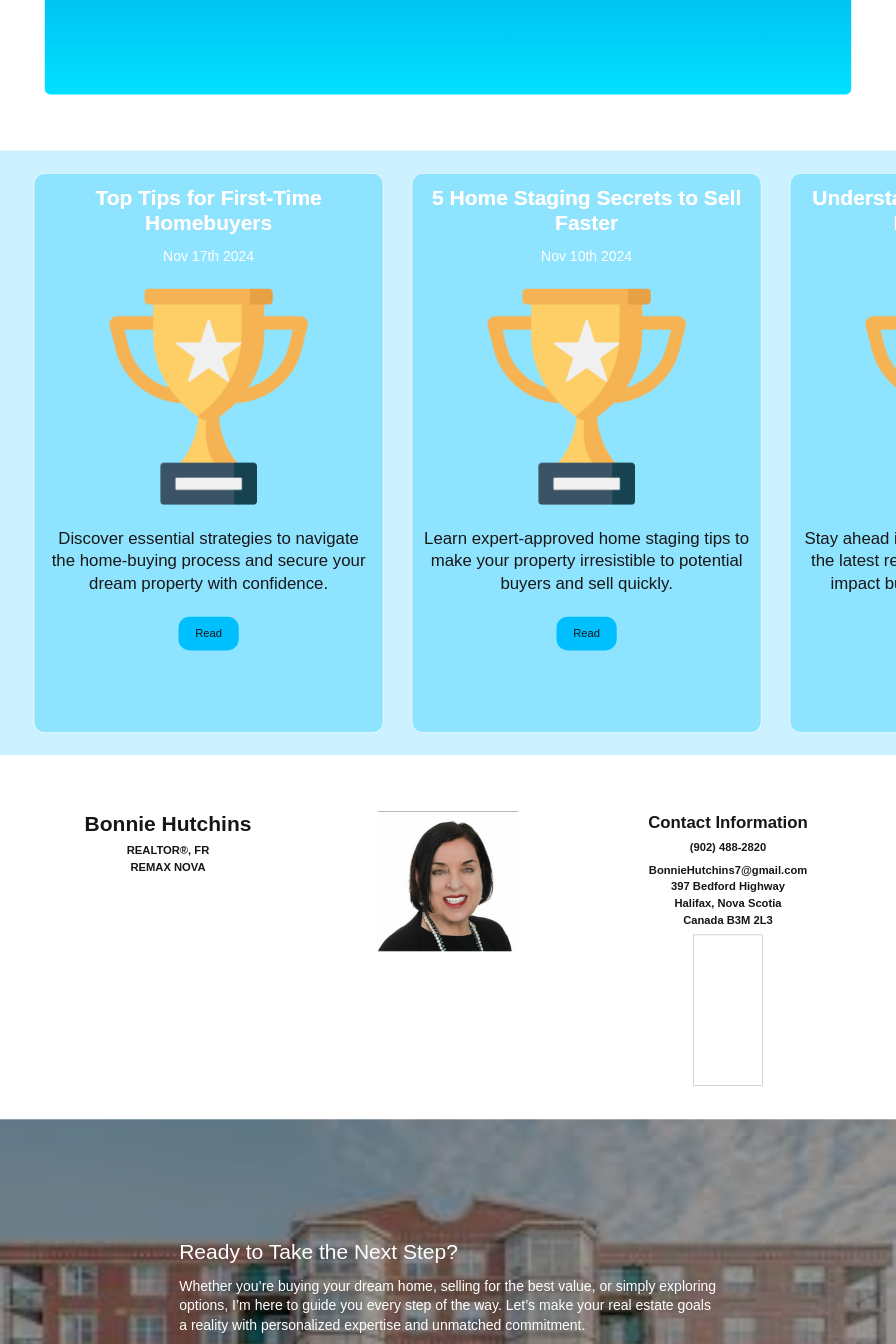
Repository: TMuse333/bonnie-website-
Page: / (app in frontend/)
An editor plug-in stored every save of this project. The page is shown before and after the next save, followed by the edit.
The browser window is 1280 px wide. The pictures show the part of the page from y = 4580 to 6500 px (the page is 7119 px tall), at 70% of full size.
The project was rebuilt for these pictures with package versions that can differ from the ones it lists, and the page was loaded fresh each time. The framework's server and built-in components were replaced by stand-ins that run in the browser. Also part of the build but not shown: frontend/next.config.mjs.

Above is the page before, as saved 2024-11-30 14:39:15.

After the next save:
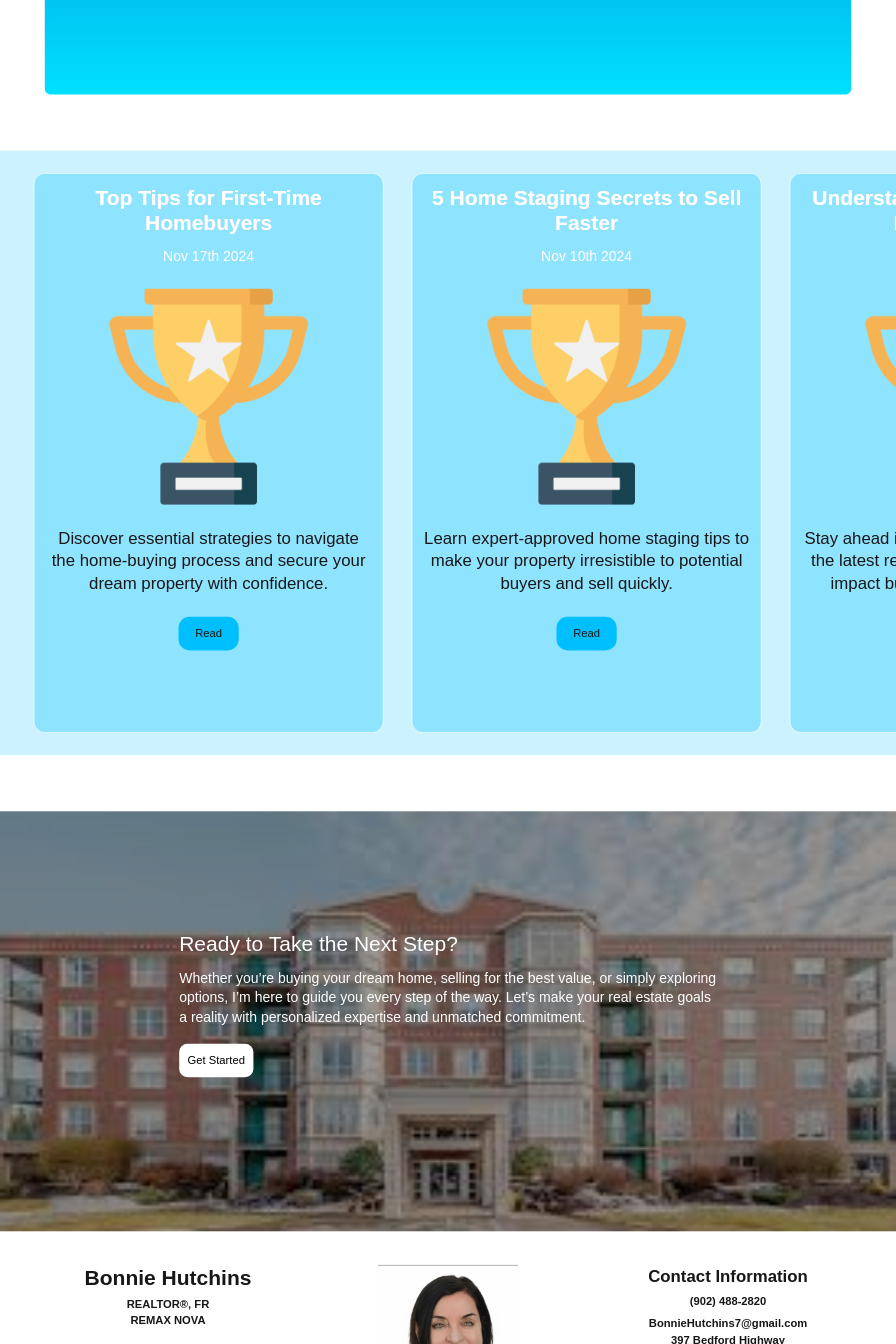
Saved 66 s later.
--- a/frontend/src/app/page.tsx
+++ b/frontend/src/app/page.tsx
@@ -66,15 +66,15 @@
     bgImage
     />
 
-    <ContactCard
-    {...contactCard}
-    />
+
 
     <Closer
     {...closingStatement}
     />
 
-
+<ContactCard
+    {...contactCard}
+    />
 
     <Footer2
     excludedLink=""
